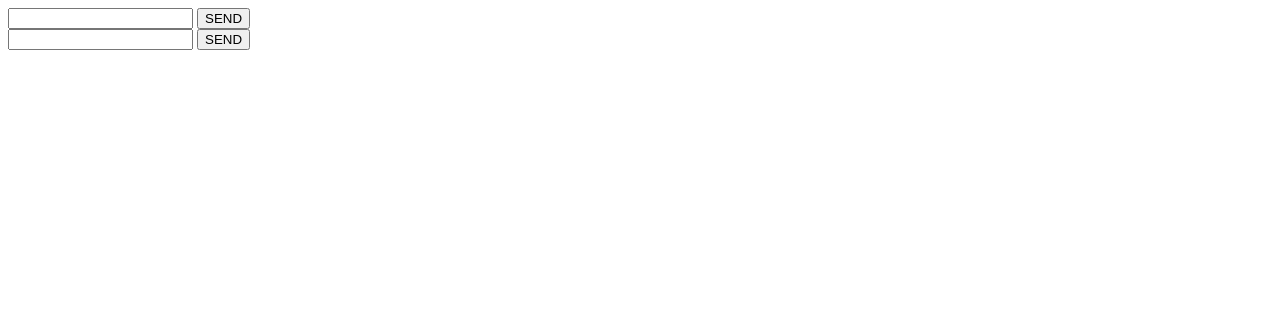
Repository: HeonchanKim/smhrd_jsp
Page: Servlet/src/main/webapp/ex04.html
These files come from the project's save history. The page is drawn as it stood at one moment and after the next save; the edit follows.
The browser window is 1280 px wide. The pictures show the whole page.

Above is the page before, as saved 2022-01-27 06:46:15.

After the next save:
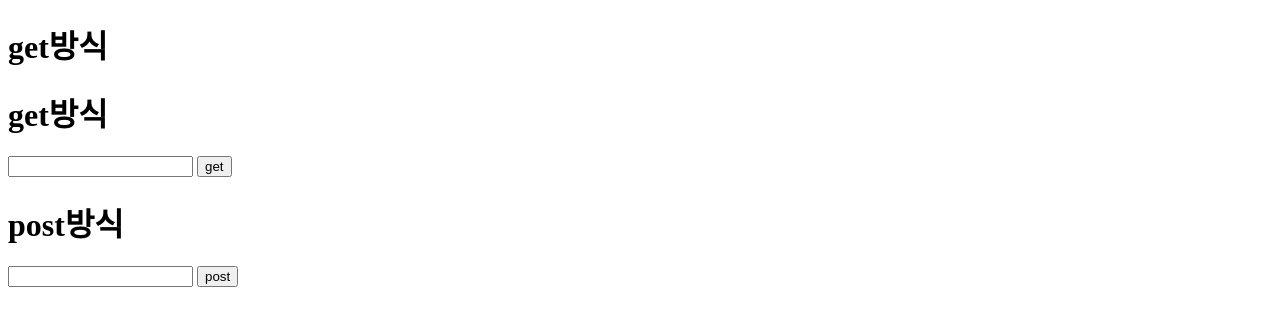
Saved 51 s later.
--- a/Servlet/src/main/webapp/ex04.html
+++ b/Servlet/src/main/webapp/ex04.html
@@ -12,15 +12,19 @@
 
 		post :
 	 -->
+
+	 <h1>get방식</h1>
+	 <h1>get방식</h1>
 	<form action="ex04" method="get">
 		<input type="text" name="text">
-		<input type="submit" value="SEND">
+		<input type="submit" value="get">
 	</form>
 
 
-	<form action="ex04" method="get">
+	 <h1>post방식</h1>
+	<form action="ex04" method="post">
 		<input type="text" name="text">
-		<input type="submit" value="SEND">
+		<input type="submit" value="post">
 	</form>
 
 
